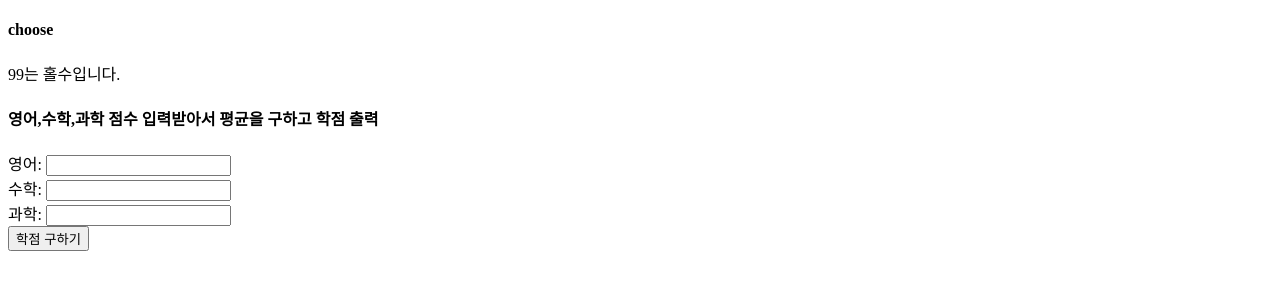
Repository: hyojinx/JspStudy
Page: http://localhost/jspstudy/11JSTL/Choose.jsp
An editor plug-in stored every save of this project. The page is shown before and after the next save, followed by the edit.
The browser window is 1280 px wide. The pictures show the whole page.
The page is served by Tomcat 9.

Above is the page before, as saved 2023-04-10 03:33:16.

After the next save:
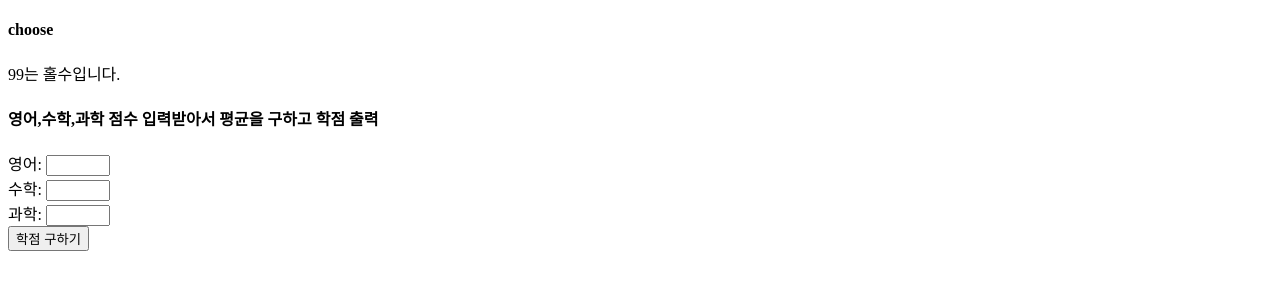
Saved 72 s later.
--- a/jspstudy/src/main/webapp/11JSTL/Choose.jsp
+++ b/jspstudy/src/main/webapp/11JSTL/Choose.jsp
@@ -22,9 +22,9 @@
 
 	<h4>영어,수학,과학 점수 입력받아서 평균을 구하고 학점 출력</h4>
 	<form>
-		영어: <input type="number" name="eng"/><br>
-		수학: <input type="number" name="math"/><br>
-		과학: <input type="number" name="sci"/><br>
+		영어: <input type="number" name="eng" min="0" max="100"/><br>
+		수학: <input type="number" name="math" min="0" max="100"/><br>
+		과학: <input type="number" name="sci" min="0" max="100"/><br>
 		<input type="submit" value="학점 구하기"/>
 	</form>
 	<!-- 90이상 수, 80이상 우, 70이상 미, 60이상 양, 나머지 가 -->
